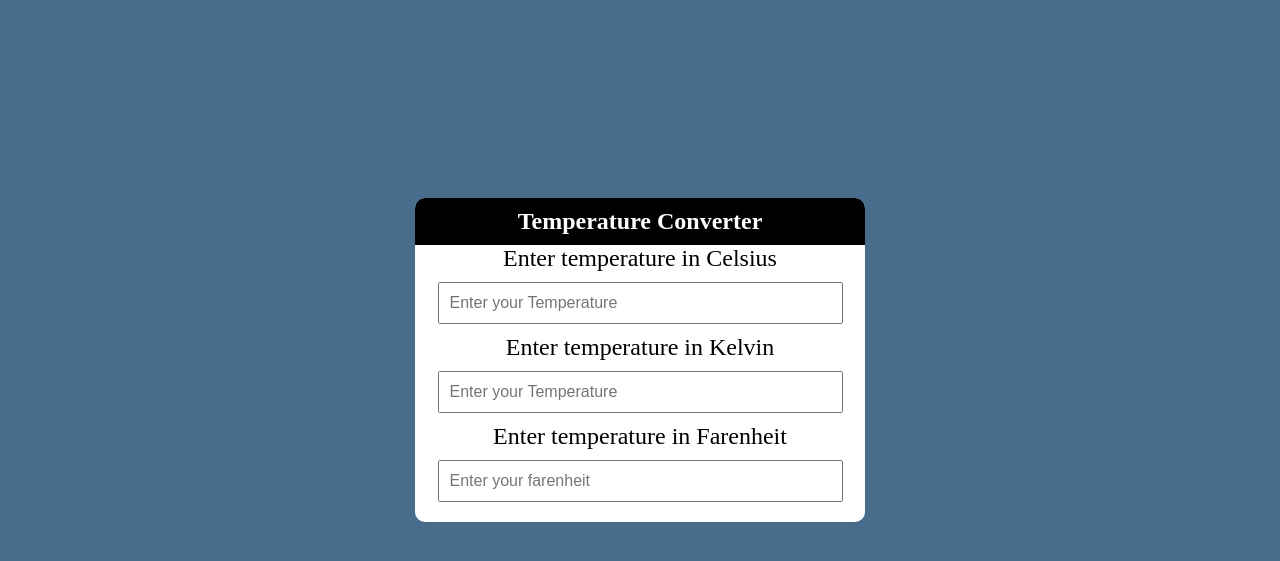
Repository: JunaidAnsari202/Temperature-Converter
Page: index.html
These files come from the project's save history. The page is drawn as it stood at one moment and after a run of saves; the edit follows.
The browser window is 1280 px wide. The pictures show the whole page.

Above is the page before, as saved 2024-10-16 13:42:33.
Not found: script,js

After the next 5 saves:
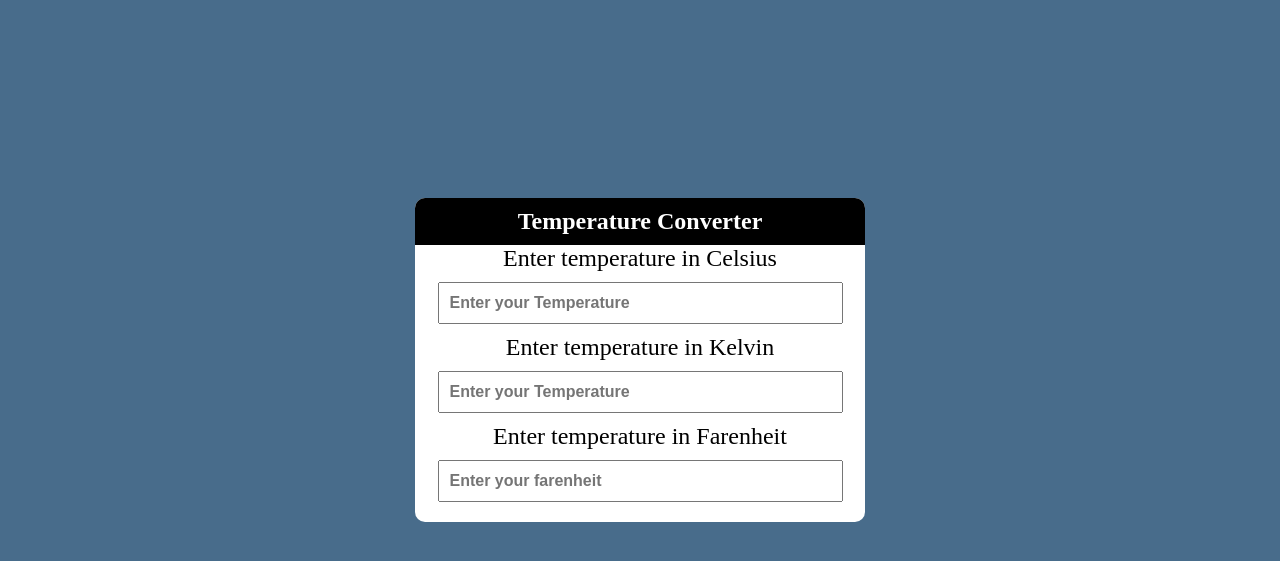
The 5 saves are shown as one change because they came seconds apart.
The last was saved 24 min 25 s later.
--- a/style.css
+++ b/style.css
@@ -42,6 +42,7 @@ input{
     padding: 10px;
     margin-bottom: 10px;
     font-size: 1rem;
+    font-weight: bold;
 
 }
 
